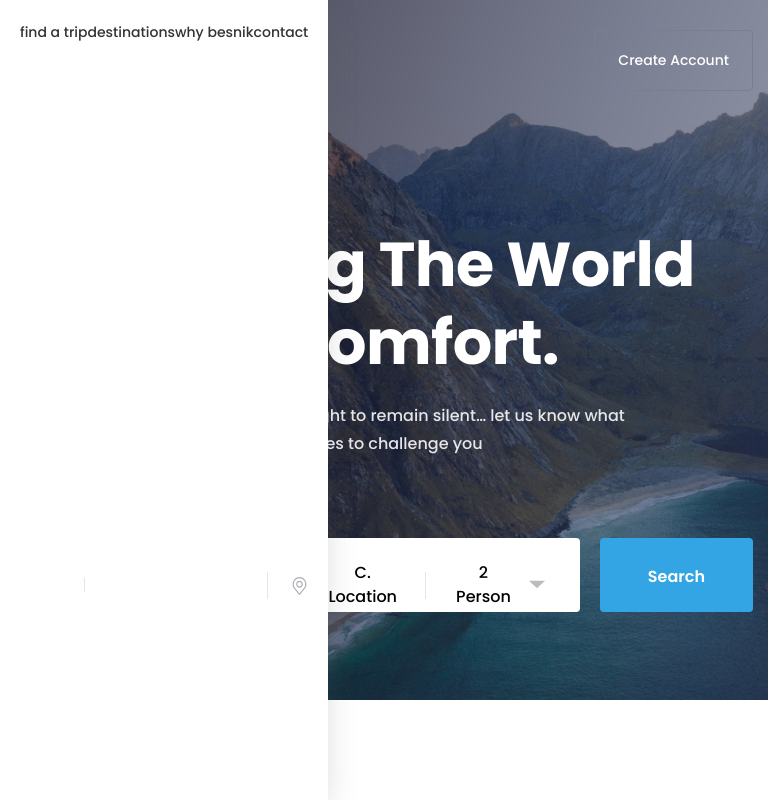
Repository: hoang0508/LandingPage-CodeTravel2
Page: index.html
These files come from the project's save history. The page is drawn as it stood at one moment and after the next save; the edit follows.
The browser window is 768 px wide. The pictures show the whole page.
Some web libraries are served in a nearby version. The style sheet was rebuilt from its Sass, Less or Tailwind sources for each picture, by a compiler version that may differ from the author's.

Above is the page before, as saved 2022-09-16 14:09:12.

After the next save:
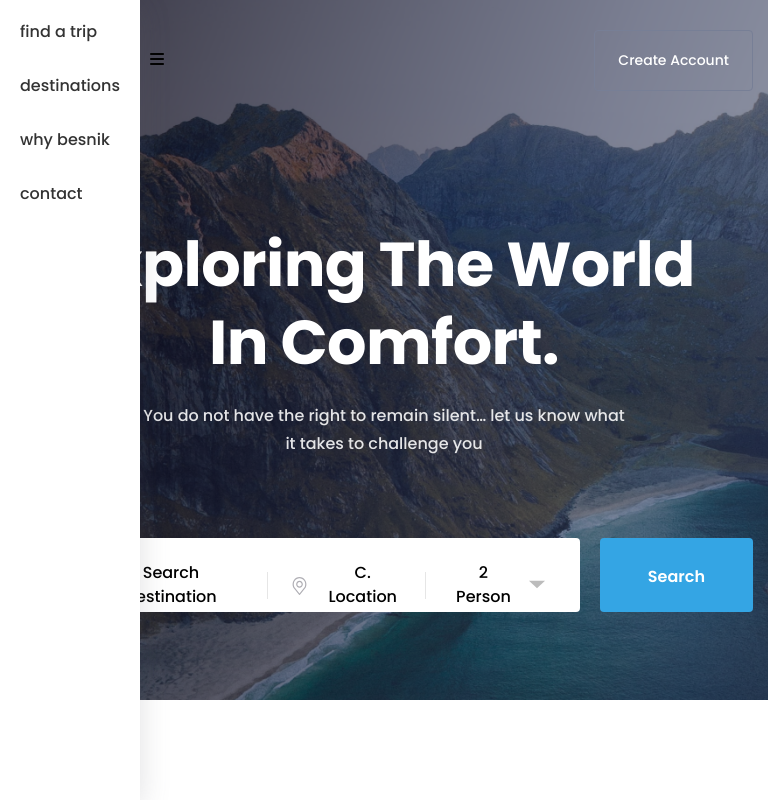
Saved 91 s later.
--- a/sass/_header.scss
+++ b/sass/_header.scss
@@ -146,11 +146,14 @@
       background-color: #fff;
       box-shadow: rgba(100, 100, 111, 0.2) 0px 7px 29px 0px;
       display: flex;
+      flex-direction: column;
       gap: 30px 0;
       align-items: stretch;
       padding: 20px;
+      z-index: 10;
     }
     &-menu--link {
+      font-size: 16px;
       color: #333;
     }
   }
